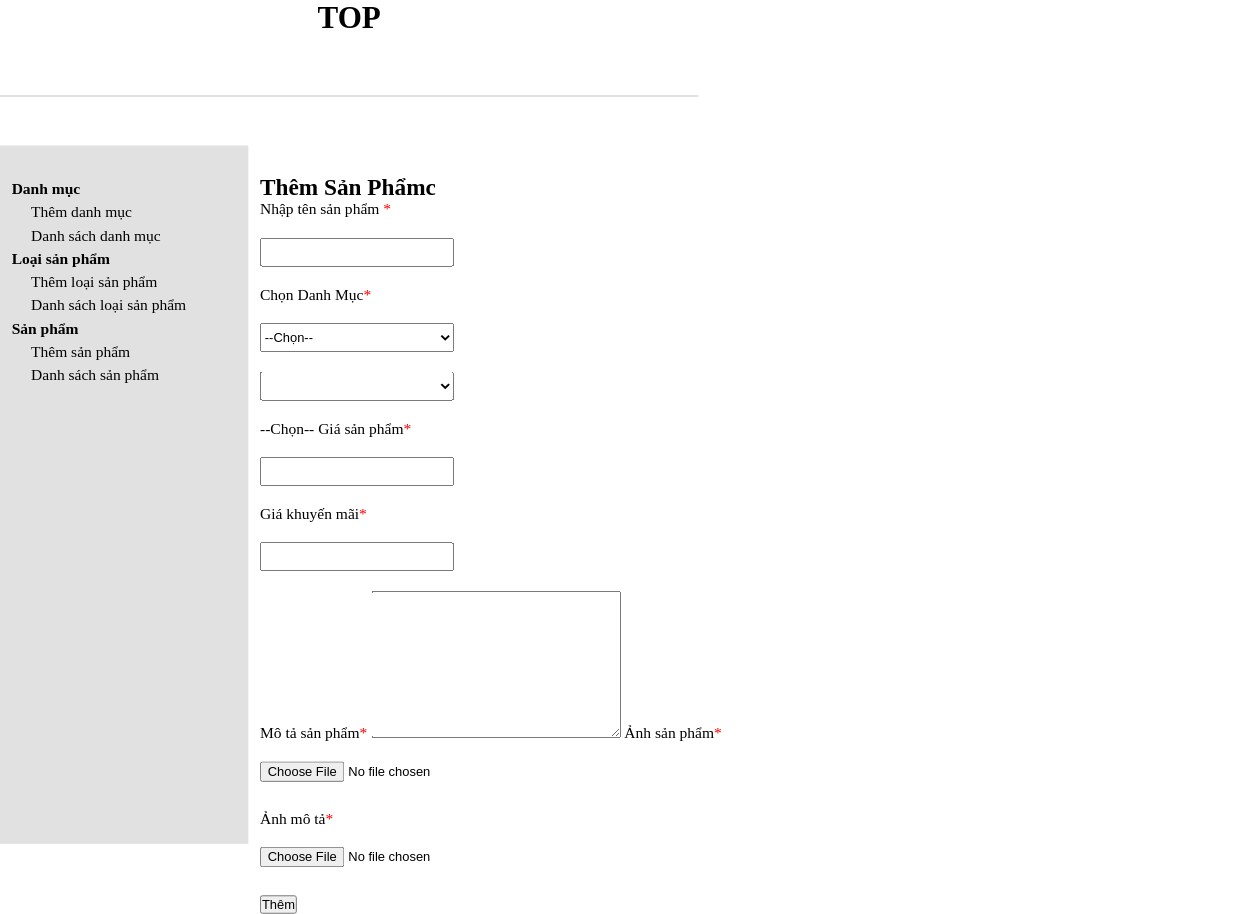
Repository: dinhvanbinh2310/ivy-moda
Page: Admin/productadd.html
An editor plug-in stored every save of this project. The page is shown before and after the next save, followed by the edit.
The browser window is 1280 px wide. The pictures show the whole page, at 97% of full size.

Above is the page before, as saved 2022-07-06 16:08:19.

### Admin/productadd.html
<!DOCTYPE html>
<html lang="en">
<head>
  <meta charset="UTF-8">
  <meta http-equiv="X-UA-Compatible" content="IE=edge">
  <meta name="viewport" content="width=device-width, initial-scale=1.0">
  <link rel="stylesheet" href="style.css">
  <title>Danh mục sản phẩm</title>
</head>
<body>
  <header>
    <h1>TOP</h1>
  </header>
  <section class="admin-content">
    <div class="admin-content-left">
      <ul>
        <li> <a href="#">Danh mục</a>
          <ul>
            <li><a href="">Thêm danh mục</a></li>
            <li><a href="">Danh sách danh mục</a></li>
          </ul>
        </li>
        <li> <a href="#">Loại sản phẩm</a>
          <ul>
            <li><a href="">Thêm loại sản phẩm</a></li>
            <li><a href="">Danh sách loại sản phẩm</a></li>
          </ul>
        </li>
        <li> <a href="#">Sản phẩm</a>
          <ul>
            <li><a href="">Thêm sản phẩm</a></li>
            <li><a href="">Danh sách sản phẩm</a></li></li>
        </ul>
      </ul>
    </div>
    <div class="admin-content-right">
      <div class="admin-content-right-product-add">
          <h1>Thêm Sản Phẩmc</h1>
          <form action="" method="POST">
            <label for="">Nhập tên sản phẩm <span style="color:red;">*</span></label>
            <input type="text">
            <label for="">Chọn Danh Mục<span style="color:red;">*</span></label>
            <select name="" id="">
                <option value="#">--Chọn--</option>
            </select>
            <select name="" id="">
            <label for="">Chọn Loại Sản Phẩm<span style="color:red;">*</span></label>
              <select value="#">--Chọn--</select>
          </select>
          <label for="">Giá sản phẩm<span style="color:red;">*</span></label>
          <input type="text">
          <label for="">Giá khuyến mãi<span style="color:red;">*</span></label>
          <input type="text">
          <label for="">Mô tả sản phẩm<span style="color:red;">*</span></label>
          <textarea name="" id="" cols="30" rows="10"></textarea>
          <label for="">Ảnh sản phẩm<span style="color:red;">*</span></label>
          <input type="file">
          <label for="">Ảnh mô tả<span style="color:red;">*</span></label>
          <input type="file">
          <button type="submit">Thêm</button>
          </form>
        </div>
      </div>
  </section>
</body>
</html>

### Admin/style.css
*{
  margin: 0;
  padding: 0;
  box-sizing: border-box;
  color: black;
  outline: none;
}
a{
  text-decoration: none;
}
ul{
  list-style: none;
}
header{
  height: 100px;
  width: 100vh;
  border-bottom: 2px solid #dddd;
  text-align: center;
  align-items: center;
}
.admin-content{
  padding-top: 50px;
  display: flex;
}
.admin-content-left{
  background-color: #dddd;
  width: 20%;
  height: 100vh;
  padding: 30px 0 0 12px;
}
.admin-content-left > ul >li >a{
  font-weight: bold;
}
.admin-content-left ul li{
  margin: 6px 0;
}
.admin-content-left ul ul{
  margin-left: 20px;
}
.admin-content-right{
  width: 80%;
  padding: 30px 0 0 12px;
}
.admin-content-right-cartegory-add input{
  height: 30px;
  width: 200px;
  padding-left: 12px;
  margin-top: 20px;
}
.admin-content-right-cartegory-add button{
  display: block;
  margin-top: 10px;
  height: 30px;
  width: 100px;
  cursor: pointer;
  background-color: brown;
  border: none;
  color: white;
  transition: all 0.3s ease;
}
.admin-content-right-cartegory-add button:hover{
  background-color: transparent;
  border: 1px solid brown;
  color: brown;
}
/* ------------------------Cartegorylist----------------------- */
.admin-content-right-cartegory_list table{
  width: 100%;
  text-align: center;
  margin-top: 20px;
}
.admin-content-right-cartegory_list table tr th,td{
  border: 1px solid #dddd;
}
table{
  border-collapse: collapse;
}
/* ------------------------Product----------------------- */
.admin-content-right-product-add input,select{
  width: 200px;
  height: 30px;
  display: block;
  margin: 20px 0;
}

After the next save:
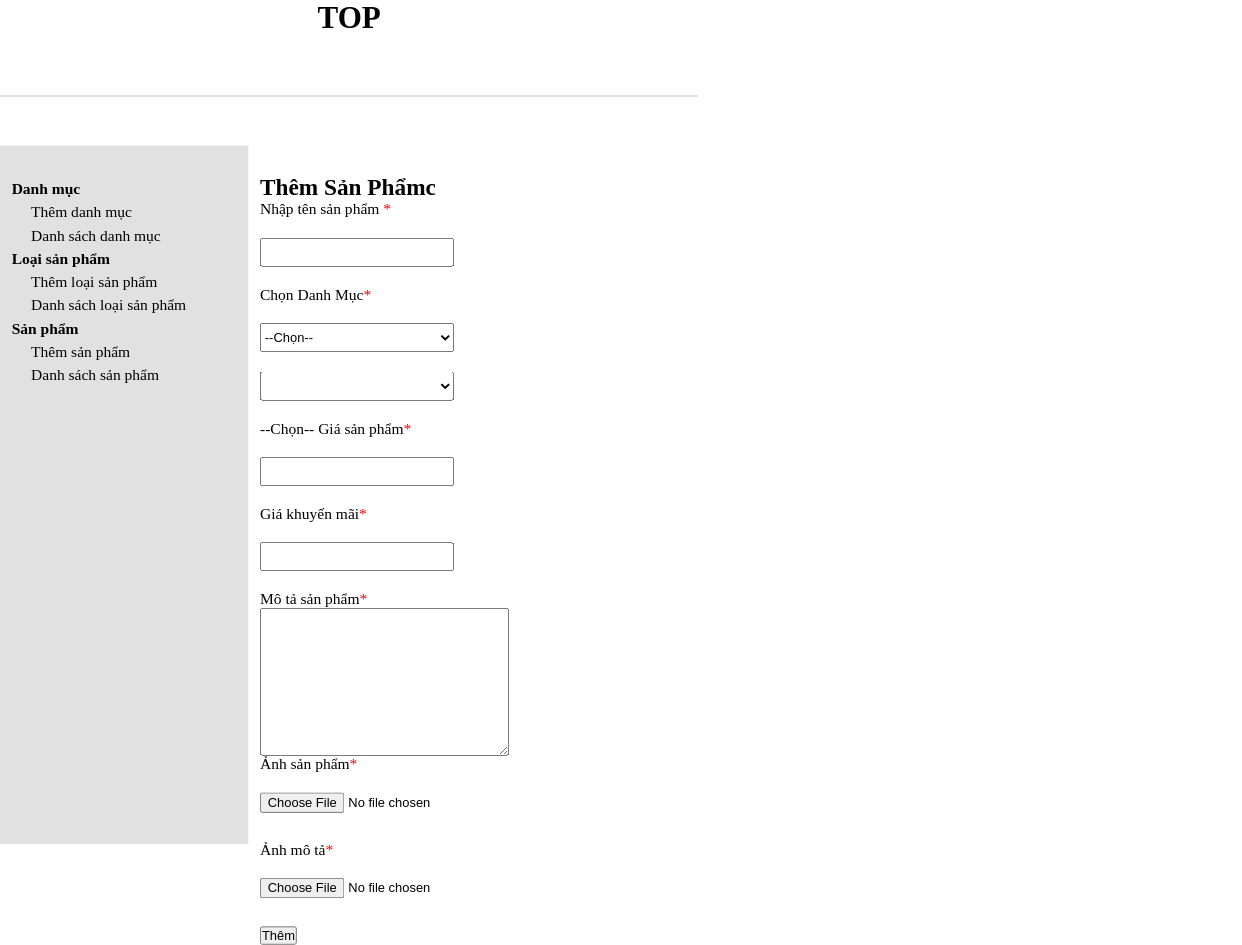
Saved 48 s later.
--- a/Admin/style.css
+++ b/Admin/style.css
@@ -82,3 +82,6 @@ table{
   display: block;
   margin: 20px 0;
 }
+.admin-content-right-product-add textarea{
+  display: block;
+}
